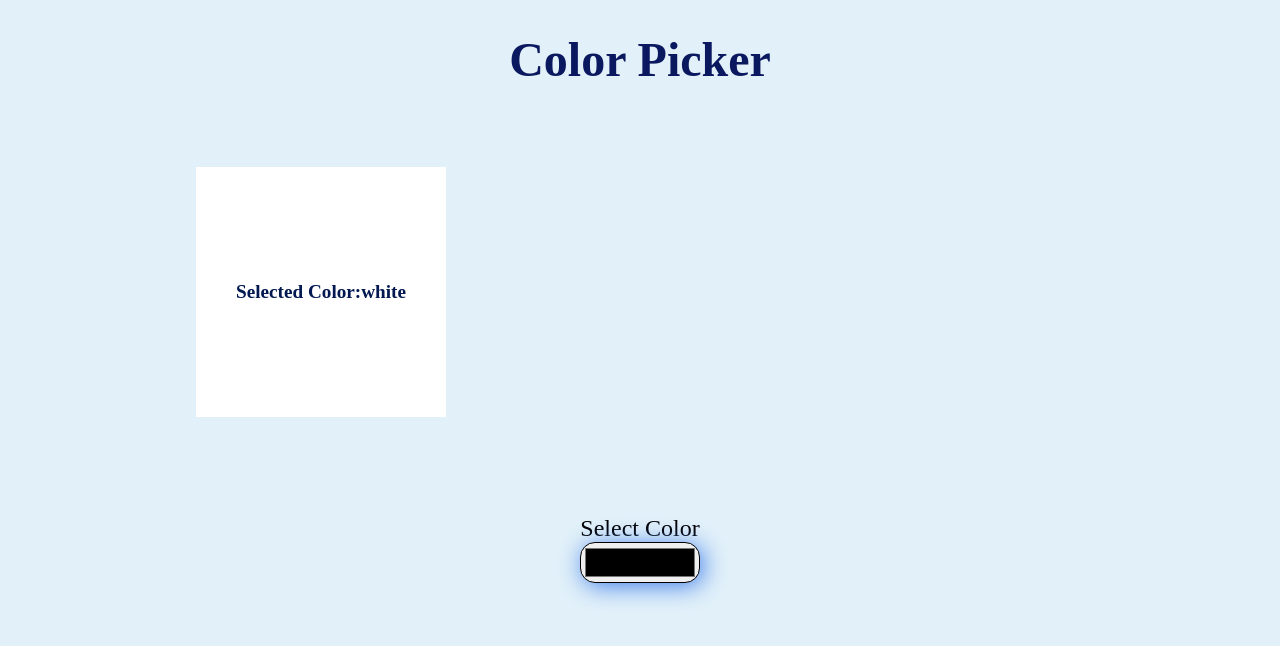
Repository: rkrukshan/Color-Picker--React-
Page: /
The author's editor kept a copy of each file at every save. The page is drawn from the files as they stood at one save, then again after a run of saves.
The browser window is 1280 px wide. The pictures show the whole page.
The project was rebuilt for these pictures with package versions that can differ from the ones it lists, and the page was loaded fresh each time. Also part of the build but not shown: vite.config.js.

Above is the page before, as saved 2024-07-21 18:53:41.

After the next 3 saves:
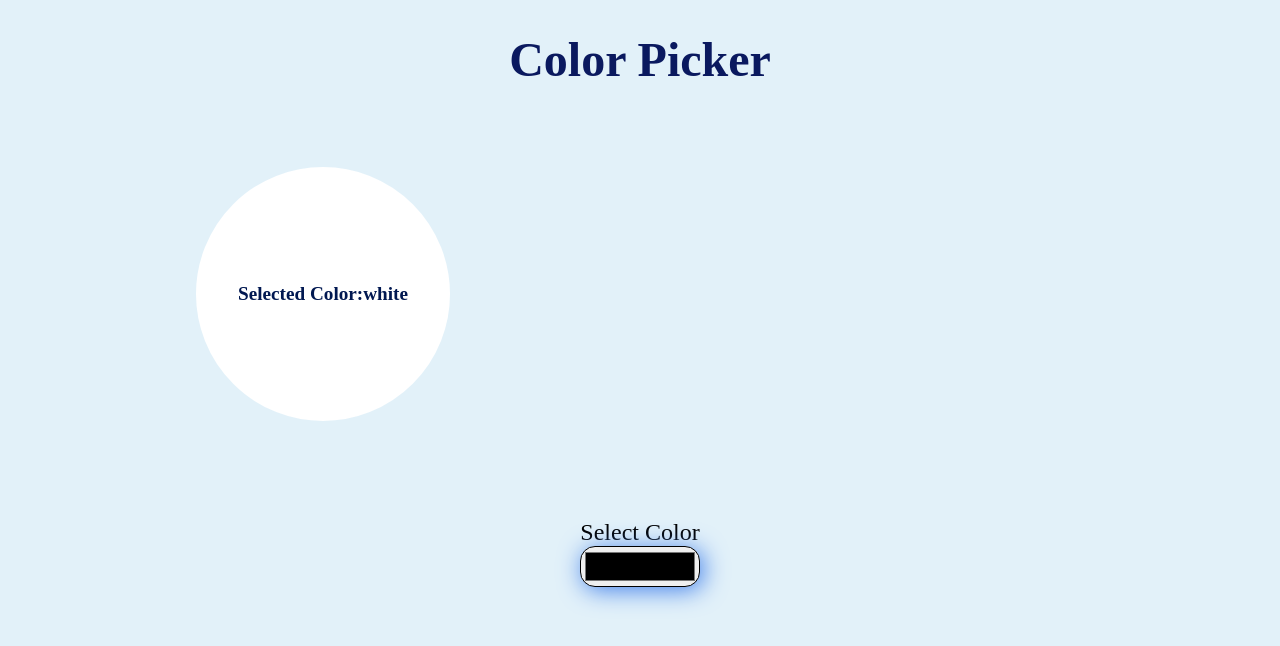
The 3 saves are shown as one change because they came seconds apart.
The last was saved 11 s later.
--- a/src/index.css
+++ b/src/index.css
@@ -17,7 +17,7 @@ body{
   width: 250px;
   display: flex;
   justify-content: center;
-  border:
+  border:2px solid white;
   border-radius: 50%;
   align-items: center;
   transition: .25s;
